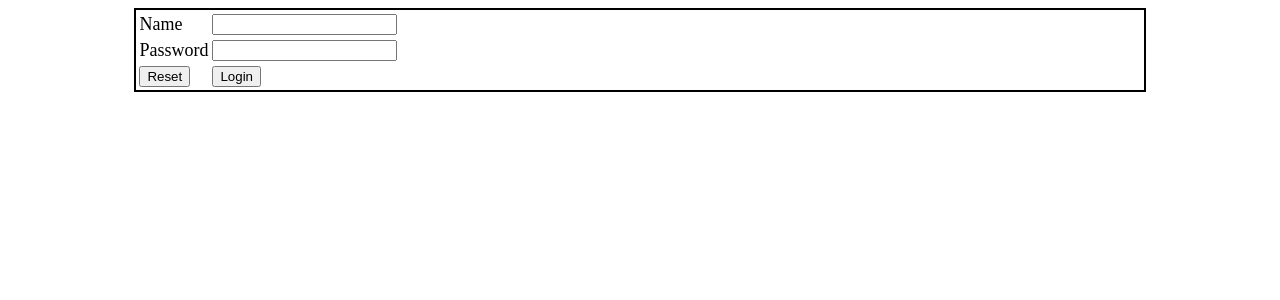
Repository: jks2127/SMS-webApp
Page: sms 1.2/WebContent/index.html
The author's editor kept a copy of each file at every save. The page is drawn from the files as they stood at one save, then again after the next save.
The browser window is 1280 px wide. The pictures show the whole page.

Above is the page before, as saved 2021-06-11 12:05:38.

### sms 1.2/WebContent/index.html
<!DOCTYPE html>
<html>
<head>
	<meta charset="ISO-8859-1">
	<title>Student Management System</title>

	<style>
		.container{
		margin-left:10%;
		margin-right:10%;
		border:2px solid black;
		font-size:18px;
		}
	</style>
</head>

<body id="body">
<div class="container">
	<form action="Login" method="POST">
		<table>
			<tr>
				<td> Name </td>
				<td><input type="text" name="user_name"></td>
			</tr>
			<tr>
				<td>Password</td>
				<td><input type="password" name="user_pswd"></td>
			</tr>
			<tr>
				<td><button type="reset">Reset</button></td>
				<td><button type="submit">Login</button></td>
			</tr>
		</table>

	</form>
</div>
</body>
</html>

After the next save:
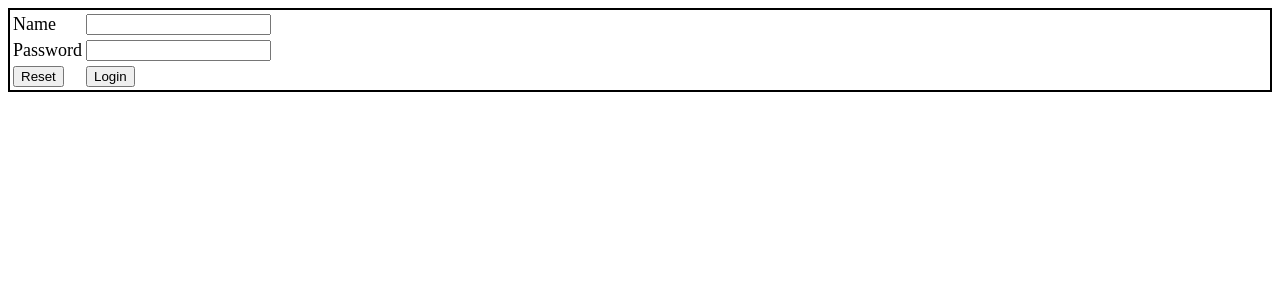
Saved 2 min 45 s later.
--- a/sms 1.2/WebContent/index.html
+++ b/sms 1.2/WebContent/index.html
@@ -6,8 +6,7 @@
 
 	<style>
 		.container{
-		margin-left:10%;
-		margin-right:10%;
+		width:device-width;
 		border:2px solid black;
 		font-size:18px;
 		}
